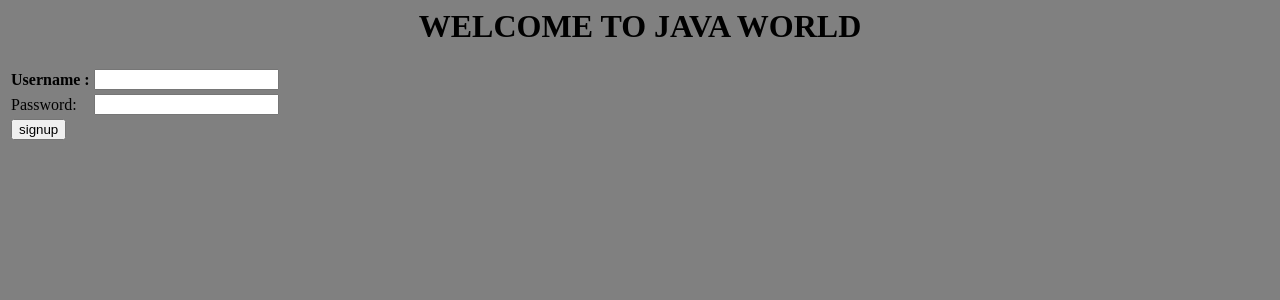
Repository: talkgunish/JAVA-WORLD
Page: advance_java/my_eclipse_java_proj/cookie_session/Filter/WebContent/signup.html
These files come from the project's save history. The page is drawn as it stood at one moment and after the next save; the edit follows.
The browser window is 1280 px wide. The pictures show the whole page.

Above is the page before, as saved 2018-06-20 11:28:26.

### advance_java/my_eclipse_java_proj/cookie_session/Filter/WebContent/signup.html
<html>
<head>
<meta charset="ISO-8859-1">
<title>login/Signup here</title>
</head>
<body bgcolor='grey' align='center'>

<form action='signup' method='post'>

<h1>WELCOME TO JAVA WORLD</h1>
<table>
<tr><th>Username :</th>
<td> <input type="text" name="username"></td></tr>
<tr><td>Password: </td>
<td><input type="password" name='password'></td></tr>
<tr><td><input type="submit" value="signup"></td></tr>
</table>
</form>
</body>
</html>

After the next save:
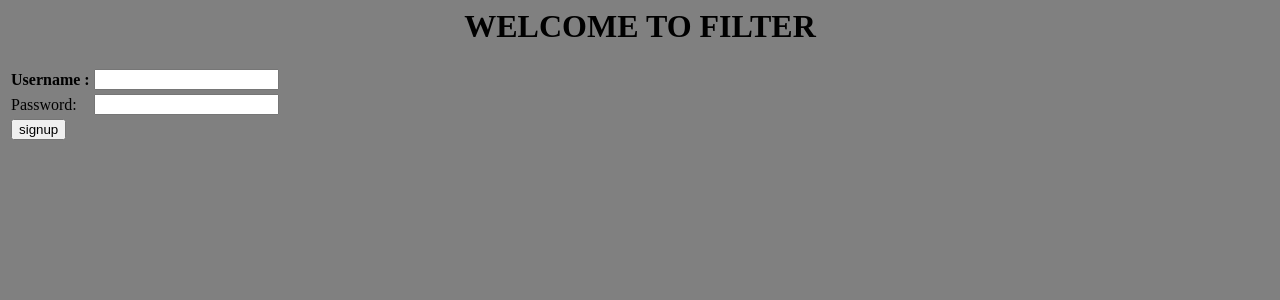
Saved 20 s later.
--- a/advance_java/my_eclipse_java_proj/cookie_session/Filter/WebContent/signup.html
+++ b/advance_java/my_eclipse_java_proj/cookie_session/Filter/WebContent/signup.html
@@ -7,7 +7,7 @@
 
 <form action='signup' method='post'>
 
-<h1>WELCOME TO JAVA WORLD</h1>
+<h1>WELCOME TO FILTER</h1>
 <table>
 <tr><th>Username :</th>
 <td> <input type="text" name="username"></td></tr>
